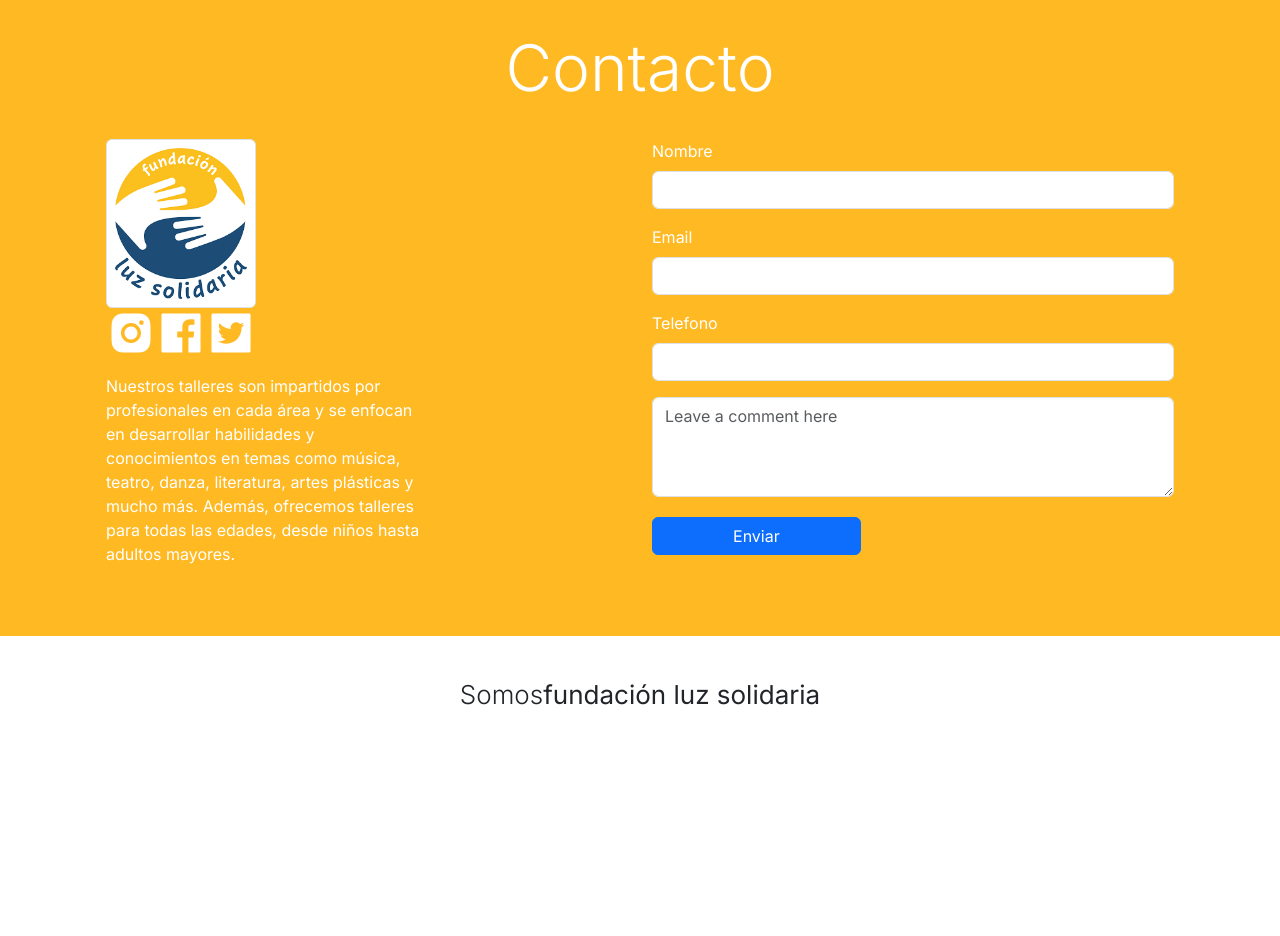
Repository: JtoralesK/dwf11
Page: /
These files come from the project's save history. The page is drawn as it stood at one moment and after the next save; the edit follows.
The browser window is 1280 px wide. The pictures show the whole page.
The project was rebuilt for these pictures with package versions that can differ from the ones it lists, and the page was loaded fresh each time. The framework's server and built-in components were replaced by stand-ins that run in the browser. Also part of the build but not shown: next.config.js.

Above is the page before, as saved 2023-05-31 18:29:10.

After the next save:
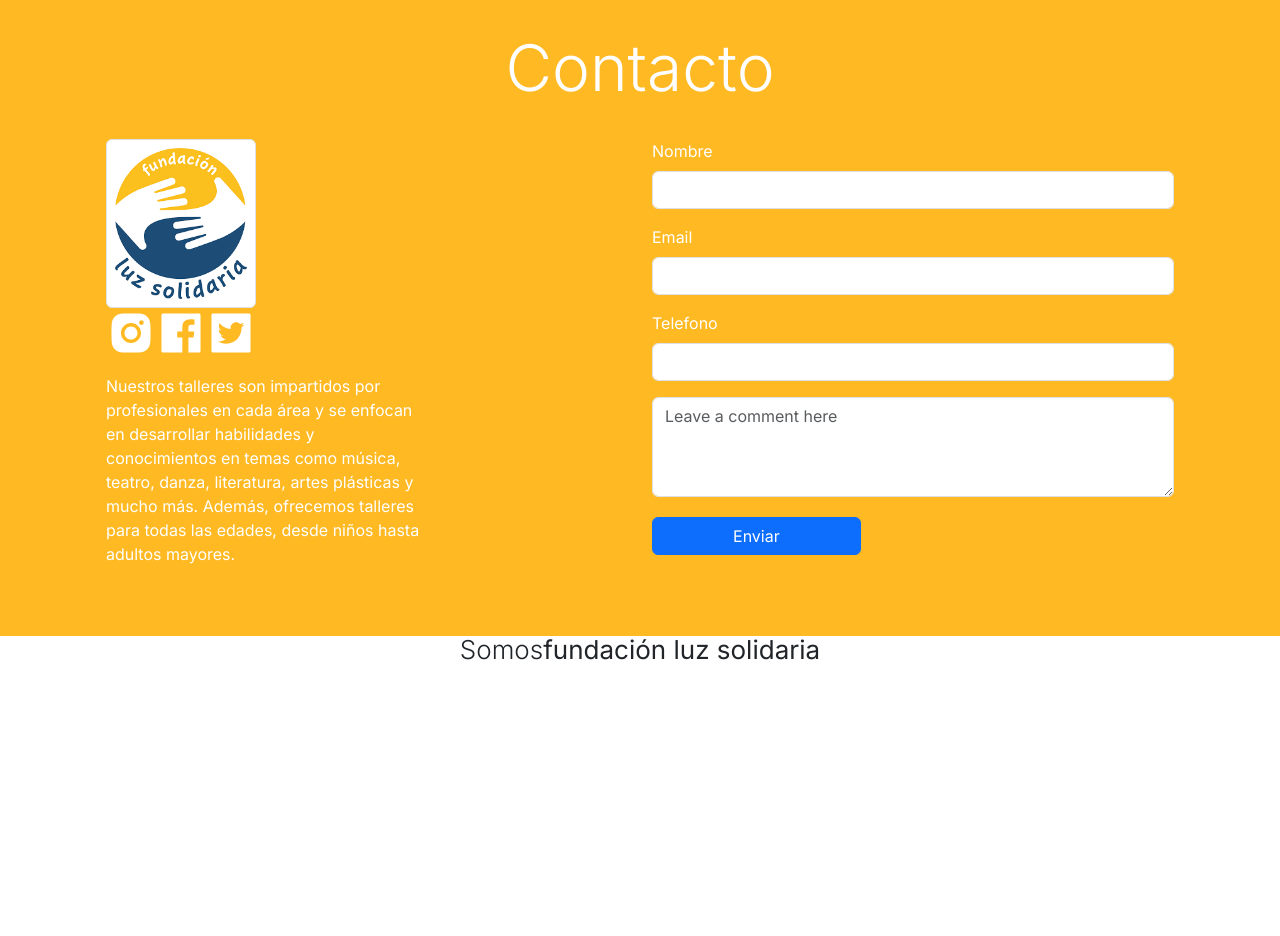
Saved 11 s later.
--- a/src/app/components/footer/style.css
+++ b/src/app/components/footer/style.css
@@ -4,7 +4,7 @@
     text-align: center;
     font-size: 22px;
     background-color: #fff;
-    padding-top: 45px;
+
 
 
 }

After the 2 saves that followed:
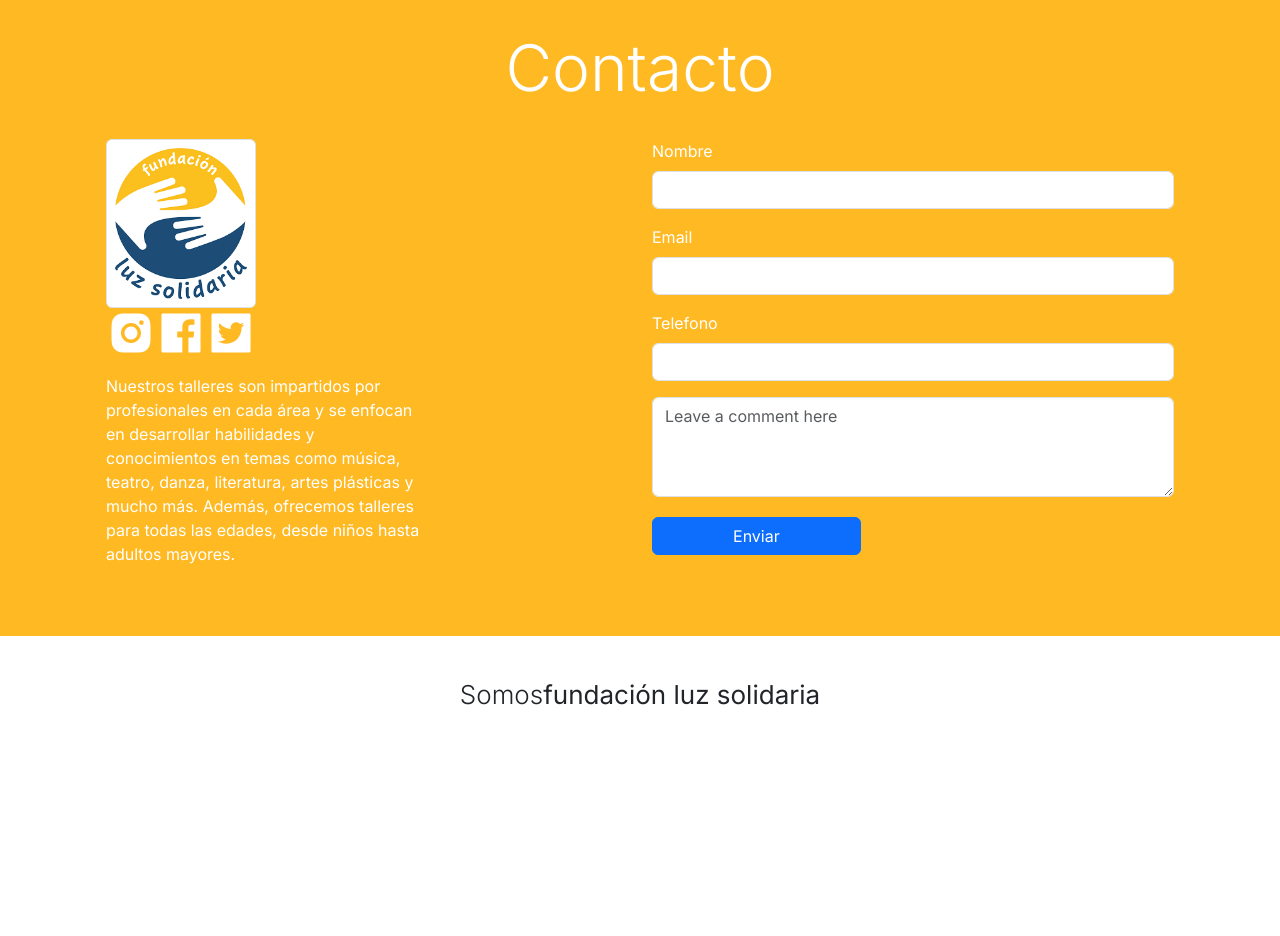
The 2 saves are shown as one change because they came seconds apart.
The last was saved 8 s later.
--- a/src/app/components/footer/style.css
+++ b/src/app/components/footer/style.css
@@ -4,9 +4,7 @@
     text-align: center;
     font-size: 22px;
     background-color: #fff;
-
-
-
+    padding-top: 45px;
 }
 
 .contenedor-footer {
@@ -18,7 +16,6 @@
 
   }
   .footer-text{
-
     display: flex;
     justify-content: center;
     align-items: center;
